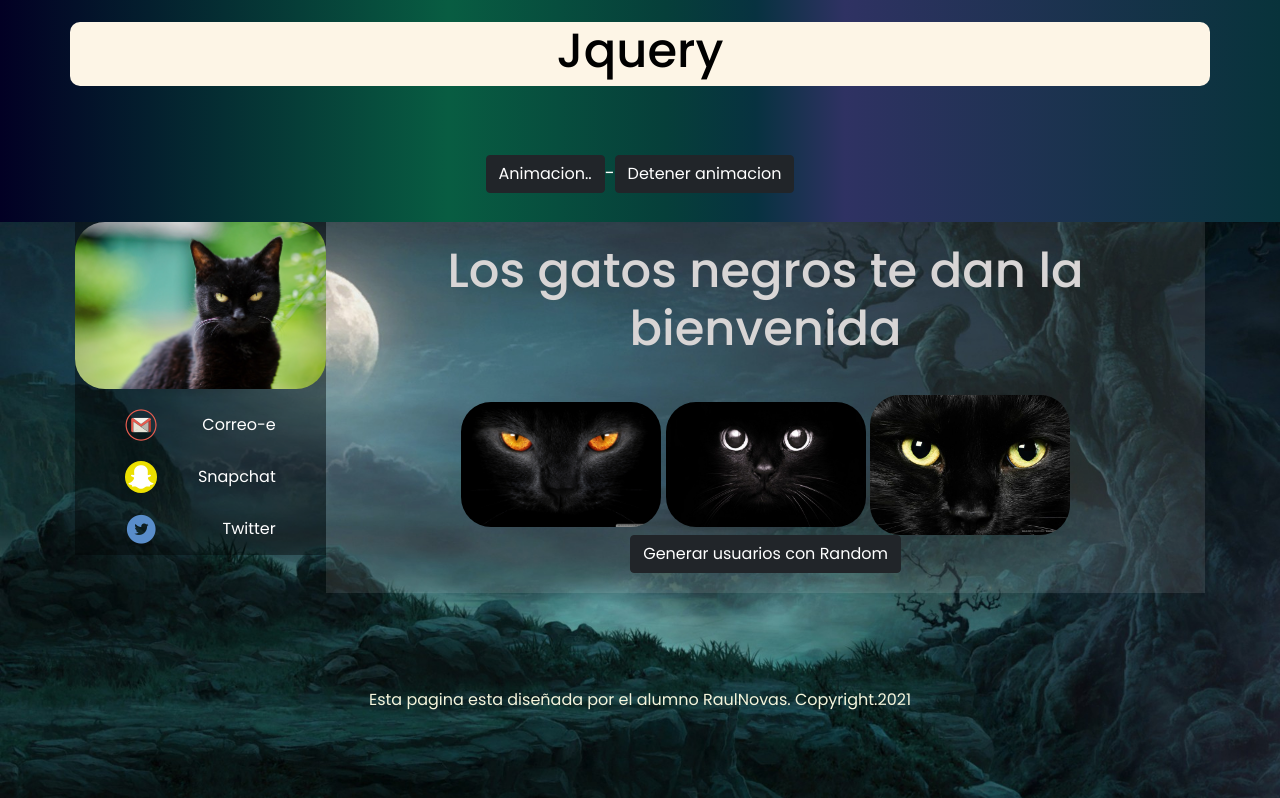
Repository: raul4264/final2
Page: index.html
An editor plug-in stored every save of this project. The page is shown before and after the next save, followed by the edit.
The browser window is 1280 px wide. The pictures show the whole page.

Above is the page before, as saved 2021-07-14 09:17:22.

### index.html
<!doctype html>
<html lang="es">

<head>

    <meta charset="utf-8">
    <meta name="viewport" content="width=device-width, initial-scale=1">


    <!-- Required meta tags -->
    <meta charset="utf-8">
    <meta name="viewport" content="width=device-width, initial-scale=1">

    <!-- Bootstrap CSS -->
    <link href="https://cdn.jsdelivr.net/npm/bootstrap@5.0.2/dist/css/bootstrap.min.css" rel="stylesheet" integrity="sha384-EVSTQN3/azprG1Anm3QDgpJLIm9Nao0Yz1ztcQTwFspd3yD65VohhpuuCOmLASjC" crossorigin="anonymous">
    <script src="https://code.jquery.com/jquery-3.6.0.min.js" integrity="sha256-/xUj+3OJU5yExlq6GSYGSHk7tPXikynS7ogEvDej/m4=" crossorigin="anonymous"></script>
    <link rel="preconnect" href="https://fonts.googleapis.com">
    <link rel="preconnect" href="https://fonts.gstatic.com" crossorigin>
    <link href="https://fonts.googleapis.com/css2?family=Poppins:wght@500&display=swap" rel="stylesheet">
    <link rel="preconnect" href="https://fonts.gstatic.com">
    <link href="https://fonts.googleapis.com/css2?family=Poppins:wght@400;700&display=swap" rel="stylesheet">
    <link href="https://fonts.googleapis.com/icon?family=Material+Icons" rel="stylesheet">

    <link rel="stylesheet" href="style.css">

    <title>raulNovas</title>
</head>


<body class="">
    <div class="container-fluid">

        <!--         <img src="java-script1.jpg" alt="prueba" height="200" />
    </div> -->

        <div class="container" id="cuerpo">
            <h1>Jquery</h1>

            <h2>

            </h2>

        </div>
        <br>

        <br>




        <div id="flip"><button type="button" class="btn btn-dark">Animacion..</button>-<button type="button" class="btn btn-dark" id="stop">Detener animacion</button> </div>
        <br>
        <div id="panel">
            <h2>Grabando en local storage</h2>
            <section id="cajaformulario" class="container-fluid">
                <form name="formulario">
                    <p>Clave:<br><input type="text" name="clave" id="clave"></p>
                    <p>Valor:<br><textarea name="text" id="texto"></textarea></p>
                    <p><input type="button" name="grabar" id="grabar" value="Grabar"></p>
                </form>


            </section>
            <div id="cajadatos" class="container-fluid mb-5">
                <p></p>
            </div>


            <!--     <div id="rule"><button type="button" class="btn btn-dark" id="dos">magia1</button><img src="/images/20210617_151220.jpg" width="200px"></div>

            <div id="java"><button type="button" class="btn btn-dark" id="dos">magia2</button><button type="button" class="btn btn-dark" id="tres">magia3</button>
                <img src="java-script1.jpg" alt="prueba" height="200" />
            </div> -->

            <div class="container">
                <!-- head -->
                <h2>Agenda de contactos</h2>
                <!-- formulario de datos -->
                <div class="formulario-datos">
                    <input type="text" class="nombre" placeholder="nombre">
                    <input type="text" class="numero" placeholder="numero">
                    <input type="text" class="direccion" placeholder="dirección">
                    <button class="btn-agregar-tarea">agregar tarea</button>

                    <!-- listado tareas -->
                    <div class="listado-tareas">


                    </div>
                </div>
            </div>


        </div>





    </div>






    <main class="container-fluid">

        <!-- Sidebar -->
        <aside class="lateral">
            <img src="images/black-cat.jpg" alt="Black Cats Rules!">


             <a href=" mailto:raulnovas4@gmail.com">
                <img src="images/mail.png" alt="Correo-e">
                <span>Correo-e</span>
            </a>
            <a href="https://www.snapchat.com/l/es/">
                <img src="images/snapchat.png" alt="Snapchat">
                <span>Snapchat</span>
            </a>
            <a href="https://twitter.com/home">
                <img src="images/twitter.png" alt="Twitter">
                <span>Twitter</span>
            </a>

        </aside>

        <!-- Contenido -->
        <section class="contenido">
            <h1>Los gatos negros te dan la bienvenida</h1>




            <!-- Thumbnails -->

                <img src="/images/cat1.jpg" width="200vw">
                <img src="/images/cat2.jpg" width="200vw" >
                <img src="/images/cat3.jpg" width="200vw" height="140vh" >

            <br>
            <button type="button" class="btn btn-dark" id="usuarios">Generar usuarios con Random</button>
        </section>

        <footer class="mt-4">
            <p>Esta pagina esta diseñada por el alumno RaulNovas. Copyright.2021</p>

        </footer>
    </main>








    <script src="https://cdn.jsdelivr.net/npm/bootstrap@5.0.1/dist/js/bootstrap.bundle.min.js" integrity="sha384-gtEjrD/SeCtmISkJkNUaaKMoLD0//ElJ19smozuHV6z3Iehds+3Ulb9Bn9Plx0x4" crossorigin="anonymous">
    </script>

    <script src="funciones.js"></script>
    <script src="clasecuatro.js"></script>
</body>

</html>

### style.css
* {
    margin: 0;
    padding: 0;
}

body {
    background: linear-gradient(90deg, rgba(2, 0, 36, 1) 0%, rgba(8, 93, 66, 1) 35%, rgb(6, 63, 58) 52%, rgba(7, 50, 64, 1) 59%, rgba(47, 50, 99, 1) 66%, rgb(8, 51, 59) 100%);
    ;
    text-align: center;
    color: beige;
    font-family: 'Poppins', sans-serif;
}

h1 {
    font-size: 3em;
    padding-bottom: 1vh;
}

#cuerpo {
    background-color: oldlace;
    color: black;
    margin-top: 3vh;
    border-radius: 10px;
    -webkit-border-radius: 10px;
    -moz-border-radius: 10px;
    -ms-border-radius: 10px;
    -o-border-radius: 10px;
}

#cajaformulario {
    padding: 20px;
    border: 1px solid #999999;
}

div #cajadatos {
    width: 400px;
    padding: 20px;
    border: 1px solid #999999;
    text-align: center;
}

#clave,
#texto {
    width: 150px;
}

#panel,
#flip {
    padding: 5px;
    font-size: 18px;
    text-align: center;
    color: white;
    border-radius: 3px;
}

#panel {
    padding: 50px;
    display: none;
}

img {
    border-radius: 30px;
    -webkit-border-radius: 30px;
    -moz-border-radius: 30px;
    -ms-border-radius: 30px;
    -o-border-radius: 30px;
}

#rule {
    background: #98bf21;
    height: 100px;
    width: 100px;
    position: absolute;
    margin-left: 40px;
}


/*......................................................*/

main {
    background-image: url(/images/fondo.jpg);
    background-position: center center;
    background-size: cover;
    display: flex;
    justify-content: center;
    align-items: flex-start;
}


/* Contenedor principal */

main {
    width: 900px;
    height: 80vh;
    display: flex;
    flex-wrap: wrap;
}

main>* {
    order: 999;
}

.lateral {
    background-color: rgba(0, 0, 0, .4);
    flex-basis: 20%;
    display: flex;
    flex-direction: column;
    align-items: center;
    justify-content: flex-start;
}

.lateral>img {
    max-width: 100%;
    margin-bottom: 20px;
}

.lateral a {
    width: 60%;
    display: flex;
    align-items: center;
    justify-content: space-between;
    text-decoration: none;
    color: white;
    margin: 10px 0;
}

.lateral a:first-of-type {
    margin-top: auto;
}


/* Contenido */

.contenido {
    background-color: rgba(255, 255, 255, .1);
    flex-basis: 70%;
    padding: 20px;
}

.contenido h1 {
    margin-top: 0;
    font-size: 3em;
    font-family: 'Poppins', sans-serif;
    margin-bottom: 30px;
    color: rgb(216, 213, 213);
}

.contenido ul {
    display: flex;
    justify-content: space-between;
    flex-wrap: wrap;
    list-style: none;
    margin: 0;
    padding: 0;
}

.contenido ul li {
    flex-basis: 30%;
    height: 200px;
    background-position: center center;
    background-size: cover;
}

/* .contenido ul li:first-of-type {
    background-image: url(../images/cat1.jpg);
}

.contenido ul li:nth-child(2) {
    background-image: url(../images/cat2.jpg);
}

.contenido ul li:last-of-type {
    background-image: url(../images/cat3.jpg);
} */


/* Respond */

@media (max-width: 705px) {
    body {
        align-items: flex-start;
    }
    main {
        margin: 20px;
    }
    .lateral,
    .contenido {
        flex-basis: 100%;
    }
    .contenido {
        order: 1;
    }
    .lateral {
        order: 2;
    }
}


/* Util */

.dev {
    border: 1px solid red;
}


/*lllllllllllllllllllllllllllllllllllllllllllllllllllllllllllllll*/

.container h2 {
    margin-bottom: 1rem;
    font-size: 2.3rem;
}

.formulario-datos {
    display: block;
    width: 50%;
    margin: 1rem auto;
    display: flex;
    flex-direction: column;
}

.formulario-datos input {
    margin: 1rem 0rem;
    line-height: 3rem;
    background: none;
    outline: 0;
    border: 0;
    color: oldlace;
}

.formulario-datos input:active {
    border-bottom: 1px solid dodgerblue;
}

.formulario-datos input:focus {
    border-bottom: 1px solid dodgerblue;
}

.formulario-datos button {
    margin: 1rem 0rem;
    background-color: dodgerblue;
    border: 0;
    outline: 0;
    height: 3rem;
    border-radius: 5px;
    color: oldlace;
    -webkit-border-radius: 5px;
    -moz-border-radius: 5px;
    -ms-border-radius: 5px;
    -o-border-radius: 5px;
}

.listado-tareas {
    display: flex;
    flex-direction: column;
}

.tarea {
    display: flex;
    flex-direction: row;
    justify-content: space-between;
    height: 4rem;
}

.icono {
    color: tomato;
    cursor: pointer;
}

### funciones.js
const guardarContacto = (db, contacto) => {
    db.setItem(contacto.id, JSON.stringify(contacto))
    window.location.href = '/'

}
const cargarContactos = (db, parentNode, ) => {
    let claves = Object.keys(db)

    for (clave of claves) {
        let contacto = JSON.parse(db.getItem(clave))
        crearContacto(parentNode, contacto, db)
    }

}
const crearContacto = (parentNode, contacto, db) => {
    let divContacto = document.createElement('div')
    let nombreContacto = document.createElement('p')
    let numeroContacto = document.createElement('p')
    let direccionContacto = document.createElement('p')
    let iconoBorrar = document.createElement('span')

    nombreContacto.innerHTML = contacto.nombre
    numeroContacto.innerHTML = contacto.numero
    direccionContacto.innerHTML = contacto.direccion
    iconoBorrar.innerHTML = 'delete_forever'

    divContacto.classList.add('tarea')
    iconoBorrar.classList.add('material-icons', 'icono')


    iconoBorrar.onclick = () => {
        db.removeItem(contacto.id)
        window.location.href = '/'
    }

    divContacto.appendChild(nombreContacto)
    divContacto.appendChild(numeroContacto)
    divContacto.appendChild(direccionContacto)
    divContacto.appendChild(iconoBorrar)

    parentNode.appendChild(divContacto)
}

### clasecuatro.js
function iniciar() {
    var boton = document.getElementById('grabar');
    boton.addEventListener('click', nuevoitem, false);
    mostrar();
}

function nuevoitem() {
    var clave = document.getElementById('clave').value;
    var valor = document.getElementById('texto').value;
    sessionStorage.setItem(clave, valor);
    mostrar();
    document.getElementById('clave').value = '';
    document.getElementById('texto').value = '';
}

function mostrar() {
    var cajadatos = document.getElementById('cajadatos');
    cajadatos.innerHTML = '<div><button onclick="eliminarTodo()">Eliminar Todo</button></div>';
    for (var f = 0; f < sessionStorage.length; f++) {
        var clave = sessionStorage.key(f);
        var valor = sessionStorage.getItem(clave);
        cajadatos.innerHTML += '<div>' + clave + ' - ' + valor + '<br><button onclick="eliminar(\'' + clave + '\')">Eliminar</button></div>';
    }
}

function eliminar(clave) {
    if (confirm('Está Seguro?')) {
        sessionStorage.removeItem(clave);
        mostrar();
    }
}

function eliminarTodo() {
    if (confirm('Está Seguro?')) {
        sessionStorage.clear();
        mostrar();
    }
}
window.addEventListener('load', iniciar, false)


/**...........jquery......................... */

$(document).ready(function() {




    $("#flip").click(function() {
        $("#panel").slideDown(5000);
    });
    $("#stop").click(function() {
        $("#panel").stop();
    });

    $("#dos").click(function() {
        $("div").animate({ right: '200px' });
    });
    // $('#java').slideToggle('slow');
    $('#java').on('click', function() {
        $('#java').css('background-color', 'black');
    })
    $("#tres").click(function() {
        // $('#java').slideToggle('slow');
        $("#rule").delay("slow").slideToggle('slow');
        $("#java").delay("slow").slideToggle('slow');

    });


    /*  $.ajax('social.html', {

         success: function(respuesta) {
             $('.lateral').append($(respuesta))

         }

     })*/

  /*   $.get('social.html', function(respuesta) {
        $('.lateral').append($(respuesta))
    }) */



    $("#usuarios").click(function() {
        $("main").fadeIn('slow')
        $.getJSON('https://randomuser.me/api/?results=500')
            .then(function(respuesta) {

                respuesta.results.forEach(function(persona) {
                    console.log(persona.picture.thumbnail);
                    $('<img>')
                        .attr('src', persona.picture.thumbnail)
                        .appendTo('.contenido');
                });



            });
    });


});
/**....................................................... */
const nombre = document.querySelector('.nombre')
const numero = document.querySelector('.numero')
const direccion = document.querySelector('.direccion')
const btnAgregarTarea = document.querySelector('.btn-agregar-tarea')

const listadoTareas = document.querySelector('.listado-tareas')

const db = window.localStorage

btnAgregarTarea.onclick = () => {
    let contacto = {
        id: Math.random(1, 1000),
        nombre: nombre.value,
        numero: numero.value,
        direccion: direccion.value,
    }

    guardarContacto(db, contacto);

}
cargarContactos(db, listadoTareas)

After the next save:
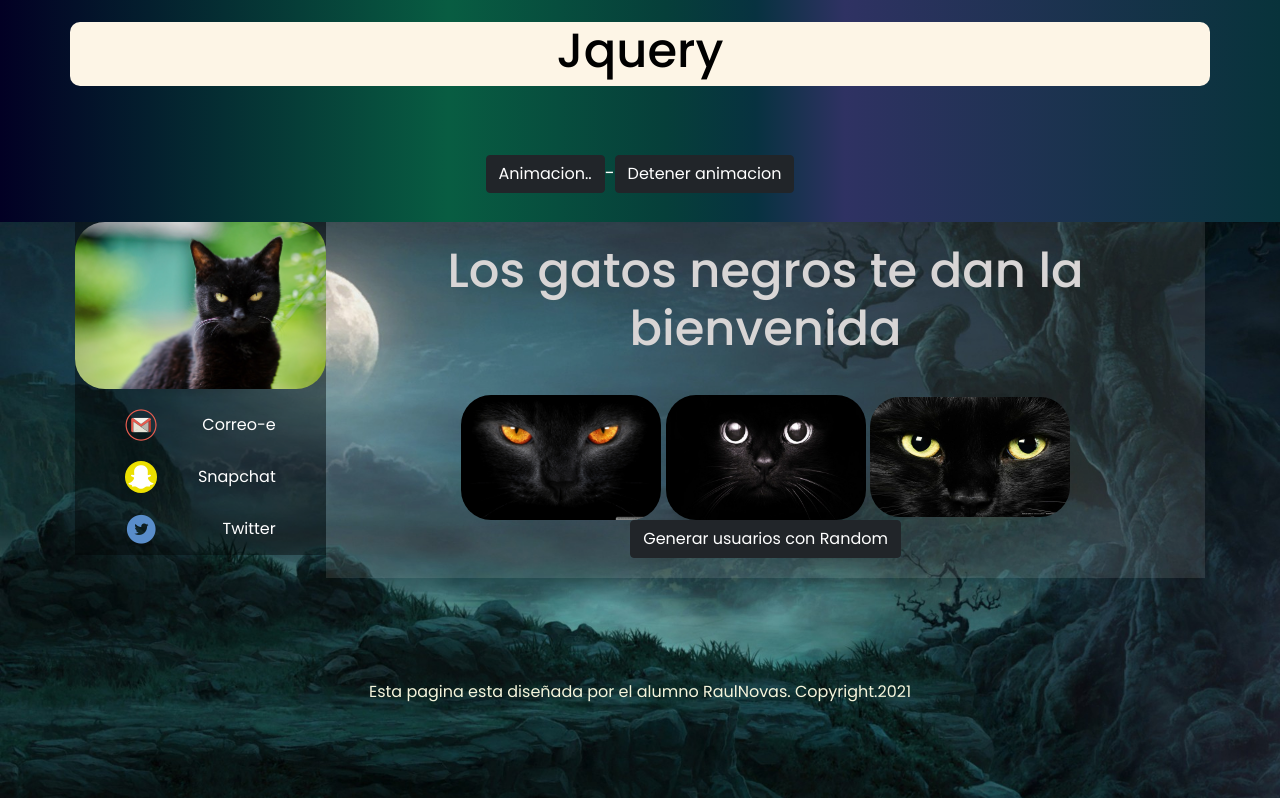
Saved 6 s later.
--- a/index.html
+++ b/index.html
@@ -137,7 +137,7 @@
 
                 <img src="/images/cat1.jpg" width="200vw">
                 <img src="/images/cat2.jpg" width="200vw" >
-                <img src="/images/cat3.jpg" width="200vw" height="140vh" >
+                <img src="/images/cat3.jpg" width="200vw" height="120vh" >
 
             <br>
             <button type="button" class="btn btn-dark" id="usuarios">Generar usuarios con Random</button>
